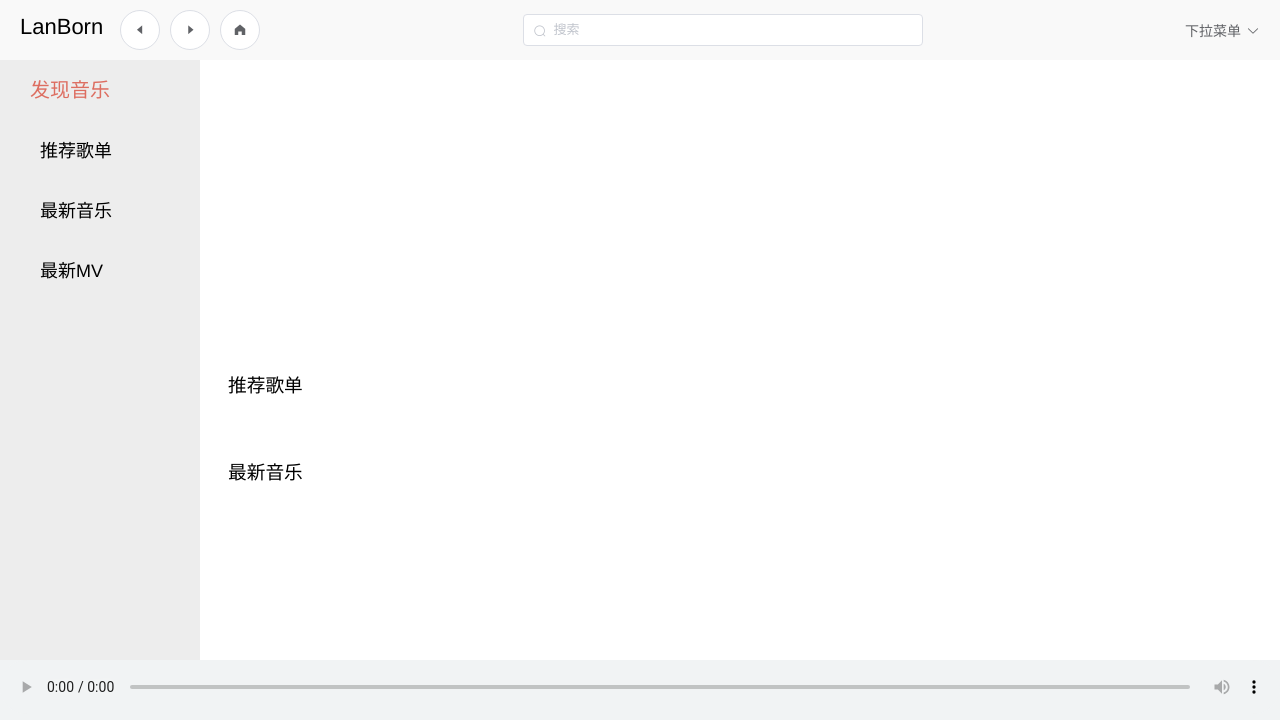
Repository: Lanborn/cloud_music
Page: /
The author's editor kept a copy of each file at every save. The page is drawn from the files as they stood at one save, then again after the next save.
The browser window is 1280 px wide. The pictures show the whole page.
The page's requests for data from a server got no answer. An inner scrolling area shows only its first screen. The project was rebuilt for these pictures with package versions that can differ from the ones it lists, and the page was loaded fresh each time. No one was signed in, and anything a server would have sent is missing. Also part of the build but not shown: vue.config.js, src/components/playlists.vue, src/components/songs.vue, src/components/mvs.vue, src/components/result.vue, src/components/playlist.vue, src/components/mv.vue.

Above is the page before, as saved 2021-12-11 19:25:50.

### src/views/top.vue
<template>
  <div class="top-container">
    <div class="left-box">
      <div class="icon-wrapper">
        <el-tooltip class="item" :enterable="false" effect="dark" content="去主页：lanborn.github.io/Vueprs/" placement="bottom">
          <!-- <img src="" alt=""> -->
          <a class="el-tooltip item" href="https://lanborn.github.io/Vueprs/">LanBorn</a>
        </el-tooltip>
      </div>
      <div style="margin-left:20px" class="history-wrapper">
        <el-button @click="backLast" icon="el-icon-caret-left" circle></el-button>
        <el-button @click="preForWard" icon="el-icon-caret-right" circle></el-button>
        <el-button @click="goHome" icon="el-icon-s-home" circle></el-button>
      </div>
    </div>
    <div class="center-box">
        <div class="el-input el-input--small el-input--prefix">
          <input
            type="text"
            autocomplete="on"
            placeholder="搜索"
            class="el-input__inner"
            @keyup.enter="toResult"
            v-model="inputValue"
          />
          <span class="el-input__prefix">
            <i class="el-input__icon el-icon-search"></i>
          </span>
          <ul class="list-group">
            <li v-for="(item,index) in songList" :key="index" class="list-group-item">
              <label for="songName">
                {{item.alias[0]}}
              </label>
            </li>
          </ul>
      </div>
    </div>
    <div class="right-box">
        <el-dropdown>
          <span class="el-dropdown-link">
            下拉菜单<i class="el-icon-arrow-down el-icon--right"></i>
          </span>
        </el-dropdown>
      </div>
  </div>
</template>

<script>
import axios from 'axios'
export default {
  name: 'top',
  data() {
    return {
      query: '',
      inputValue : '',
      songList : [],
      time : '',
    }
  },
  // 这个地方要实现跟百度搜索一样的功能
  // updated : {
  //   time : setTimeout(() => {
  //     axios({
  //       url : 'https://autumnfish.cn/search',
  //       withCredentials : true,
  //       methods : 'get',
  //       params : {
  //         keywords : this.inputValue,
  //         limit : 6
  //       }
  //     }).then(
  //       res => {
  //         clearContent();
  //         this.songList = res.data.result.songs
  //       }
  //     )
  //   }, 800)
  // },
  methods: {
    toResult(){
      if(!this.inputValue){
        this.$message.warning('请输入内容')
      }else{
        // 跳转到搜索页并携带数据进行跳转
        this.$router.push('/result?q='+this.inputValue)
      }
    },
    backLast(){
      this.$router.back()
    },
    preForWard(){
      this.$router.forward()
    },
    goHome(){
      this.$router.push({
        name:'discovery'
      })
    }
  },
}
</script>

<style scoped>
.top-container {
  padding: 0;
  padding-right: 20px;
  display: flex;
  justify-content: space-between;
  align-items: center;
}
.center-box {
  flex-basis: 400px;
}
.left-box {
  margin-left: 20px;
  position: relative;
  text-align: center;
  font-size: 22px;
  color: black;
}
.left-box a {
  position: absolute;
  top: 10%;
  font-size: 22px;
  color: black;
}

</style>

### src/views/index.vue
<template>
  <div class="index-container">
    <!-- 左侧导航区 -->
    <div class="nav">
      <ul>
        <li>
          <routerLink to="/discovery">
            <span class="iconfont icon-find-music">发现音乐</span>
          </routerLink>
        </li>
        <li>
          <router-link to="/playlists">
            <span class="iconfont icon-music-list"></span>
            推荐歌单
          </router-link>
        </li>
        <li>
          <router-link to="/songs">
            <span class="iconfont icon-music"></span>
            最新音乐
          </router-link>
        </li>
        <li>
          <router-link to="/mvs">
            <span class="iconfont icon-mv"></span>
            最新MV
          </router-link>
        </li>
      </ul>
    </div>
    <!-- 主体区域 -->
    <div class="main">
      <router-view></router-view>
    </div>
    <!-- 播放标签 -->
    <div class="player">
      <!-- autoplay 自动播放 -->
      <audio crossOrigin="anonymous" :src="musicUrl" controls autoplay></audio>
    </div>
  </div>
</template>

<script>

export default {
  name: 'index',
  data() {
    return {
      musicUrl:""
    };
  },
  methods: {
    getUrl(data){
      console.log(data)
      this.$nextTick(function () {
        this.musicUrl = data
      });
    }
  },
  mounted(){
    this.$bus.$on('getYy',this.getUrl)
  },
}
</script>

<style scoped>
  .index-container {
    display: flex;
  }

  .index-container .nav {
    background-color: #ededed;
    width: 200px;
    height: 100%;
  }

  .index-container .nav li {
    height: 60px;
    cursor: pointer;
    display: flex;
    align-items: center;
  }

  .index-container .nav li:hover {
    background-color: #e7e7e7;
  }

  .index-container .nav li .iconfont {
    margin-right: 10px;
    font-size: 20px;
  }

  .index-container .nav li a {
    color: black;
    padding-left: 30px;
    font-size: 18px;
    line-height: 60px;
    width: 100%;
    height: 100%;
  }

  .index-container .nav li a.router-link-active {
    color: #dd6d60;
  }

  .index-container .nav li a.router-link-active .iconfont {
    color: #dd6d60;
  }

  .index-container .main {
    flex: 1;
    overflow-y: scroll;
    padding: 10px 20px;
  }

  .index-container .main > div {
    max-width: 1100px;
    margin: 0 auto;
  }

  .index-container .player {
    background: #f1f3f4;
    height: 60px;
    position: fixed;
    bottom: 0;
    left: 0;
    width: 100%;
  }

  .index-container audio {
    width: 100%;
    border-radius: none;
    outline: none;
  }
</style>

### src/components/discovery.vue
<template>
  <div class="discovery-container">
    <!-- 轮播图 -->
    <el-carousel :interval="4000" type="card">
      <!-- 循环获取到的接口数据 -->
      <el-carousel-item v-for="(item, index) in banners" :key="index">
        <img :src="item.imageUrl" alt="" />
      </el-carousel-item>
    </el-carousel>
    <!-- 推荐歌单 -->
    <div class="recommend">
      <h3 class="title">
        推荐歌单
      </h3>
      <div class="items">
        <div class="item" v-for="(item, index) in list" :key="index" @click="toPlayList(item.id)">
          <router-link to="/playlist">
                  <div class="img-wrap">
                    <div class="desc-wrap">
                      <span class="desc">{{ item.copywriter }}</span>
                    </div>
                    <img :src="item.picUrl" alt="" />
                    <span class="iconfont icon-play"></span>
                    <router-link to="/playlist"></router-link>
                  </div>
          </router-link>
          <p class="name">{{ item.name }}</p>
        </div>
      </div>
    </div>
    <!-- 最新音乐 -->
    <div class="news">
      <h3 class="title">
        最新音乐
      </h3>
      <div class="items">
        <div class="item" v-for="(item, index) in songs" :key="index">
          <div class="img-wrap">
            <!-- 封面 -->
            <img :src="item.picUrl" alt="" />
            <span @click="playMusic(item.id)" class="iconfont icon-play"></span>
          </div>
          <div class="song-wrap">
            <!-- 歌名 -->
            <div class="song-name">{{ item.name }}</div>
            <!-- 歌手名 -->
            <div class="singer">{{ item.song.artists[0].name }}</div>
          </div>
        </div>
      </div>
    </div>
    <!-- 推荐MV -->
    <div class="mvs">
      <h3 class="title">推荐MV</h3>
      <div class="items">
        <div class="item" @click="toMV(item.id)" v-for="(item,index) in mvs" :key="index">
          <div class="img-wrap">
            <img :src="item.picUrl" alt="" />
            <span class="iconfont icon-play"></span>
            <div class="num-wrap">
              <div class="iconfont icon-play"></div>
              <!-- 播放次数 -->
              <div class="num">{{ item.playCount }}</div>
            </div>
          </div>
          <div class="info-wrap">
            <!-- mv名 -->
            <div class="name">{{ item.name }}</div>
            <!-- 歌手名 -->
            <div class="singer">{{ item.artistName }}</div>
          </div>
        </div>
      </div>
    </div>
  </div>
</template>

<script>
  // 导入 axios
  import axios from 'axios'
  export default {
    name: 'discovery',
    data() {
      return {
        // 轮播图
        banners: [],
        // 推荐歌单
        list: [],
        // 最新音乐
        songs: [],
        // 推荐mv
        mvs:[]
      }
    },
    created() {
      // console.log('created')
      // 轮播图接口
      axios({
        url: 'https://netease-cloud-music-api-blond-iota.vercel.app/banner',
        // withCredentials: true, //关键
        method: 'get'
      }).then(res => {
        // console.log(res)
        this.banners = res.data.banners
      })

      // 推荐歌单
      axios({
        url: 'https://netease-cloud-music-api-blond-iota.vercel.app/personalized',
        // url : '/personalized',
        withCredentials: true,
        method: 'get',
        params: {
          // 获取的数据量
          limit: 10
        }
      }).then(res => {
        // console.log('推荐歌单')
        // console.log(res)
        this.list = res.data.result
      })

      // 最新音乐
      axios({
        url: 'https://autumnfish.cn/personalized/newsong',
        params : {
          limit : 10
        },
        method: 'get'
      }).then(res => {
        // console.log(res)
        this.songs = res.data.result
      })

      // 最新mv
      axios({
        url: 'https://autumnfish.cn/personalized/mv',
        method: 'get'
      }).then(res => {
        // console.log(res)
        this.mvs = res.data.result
      })
    },
    methods: {
      playMusic(id) {
        // console.log(id)
        axios({
          // url : 'https://netease-cloud-music-api-blond-iota.vercel.app/song/url',
          url: '/song/url',
          // withCredentials: true, //关键
          method: 'get',
          params: {
            id
          }
        }).then(res => {
          console.log(res)
          // console.log(this.$parent)
          let url = res.data.data[0].url
          console.log(url)
          if(res.status !== 200){
            return this.$message.error('网络错误，获取歌曲失败！')
          }
          this.$bus.$emit('getYy', url);

          // this.$parent.musicUrl = url

        },err=>{
          console.log(err)
        })
      },
      toPlayList(id) {
        console.log(id)
        this.$router.push(`/playlist?q=${id}`)
      },
      toMV(id){
        console.log(id)
        this.$router.push(`/mv??q=${id}`)
      }
    }
  }
</script>

<style lang="less" scoped>
  .discovery-container .el-carousel__container {
    height: 230px;
  }

  .discovery-container .el-carousel__item img {
    width: 100%;
    height: 100%;
    border-radius: 10px;
  }

  .discovery-container .title {
    font-weight: normal;
    margin-bottom: 20px;
    padding-left: 8px;
  }

  .discovery-container .recommend {
    margin-bottom: 40px;
  }

  .discovery-container .recommend .items {
    display: flex;
    flex-wrap: wrap;
  }

  .discovery-container .recommend .items .item {
    width: 200px;
    margin: 10px;
    position: relative;
    overflow: hidden;
  }

  .discovery-container .recommend .items .item img {
    width: 200px;
    height: 200px;
    border-radius: 5px;
  }

  .discovery-container .recommend .items .item .desc-wrap {
    position: absolute;
    width: 100%;
    top: 0;
    left: 0;
    font-size: 16px;
    color: white;
    background: rgba(0, 0, 0, 0.5);
    max-height: 50px;
    padding: 5px;
    overflow: hidden;
    text-overflow: ellipsis;
    display: -webkit-box;
    -webkit-box-orient: vertical;
    -webkit-line-clamp: 2;
    top: -50px;
  }

  .discovery-container .recommend .items .item .desc-wrap span {
    font-size: 14px;
  }

  .discovery-container .recommend .items .item:hover .desc-wrap {
    top: 0;
  }

  .discovery-container .recommend .items .item .img-wrap {
    position: relative;
  }

  .discovery-container .recommend .items .item .img-wrap .icon-play {
    position: absolute;
    right: 10px;
    bottom: 13px;
    width: 40px;
    height: 40px;
    color: #dd6d60;
    font-size: 20px;
    border-radius: 50%;
    display: flex;
    align-items: center;
    justify-content: center;
    background: rgba(255, 255, 255, 0.8);
    opacity: 0;
  }

  .discovery-container .recommend .items .item .img-wrap .icon-play::before {
    transform: translateX(3px);
  }

  .discovery-container .recommend .items .item .img-wrap:hover .icon-play {
    opacity: 1;
  }

  .discovery-container .recommend .items .item .name {
    overflow: hidden;
    text-overflow: ellipsis;
    display: -webkit-box;
    -webkit-box-orient: vertical;
    -webkit-line-clamp: 1;
    font-size: 14px;
  }

  .discovery-container .news {
    margin-bottom: 40px;
  }

  .discovery-container .news .items {
    height: 500px;
    display: flex;
    flex-direction: column;
    flex-wrap: wrap;
    padding-left: 15px;
  }

  .discovery-container .news .items .item {
    height: 100px;
    width: 50%;
    display: flex;
    align-items: center;
  }

  .discovery-container .news .items .item:hover {
    background-color: #f5f5f5;
  }

  .discovery-container .news .items .item .index {
    margin-right: 15px;
    font-size: 15px;
  }

  .discovery-container .news .items .item .img-wrap {
    position: relative;
    display: flex;
    align-items: center;
    justify-content: center;
    cursor: pointer;
  }

  .discovery-container .news .items .item .img-wrap img {
    width: 80px;
    height: 80px;
  }

  .discovery-container .news .items .item .img-wrap .iconfont {
    position: absolute;
    top: 50%;
    left: 50%;
    transform: translate(-50%, -50%);
    width: 30px;
    height: 30px;
    color: #dd6d60;
    text-align: center;
    line-height: 30px;
    border-radius: 50%;
    font-size: 14px;
    background: rgba(255, 255, 255, 0.8);
    opacity: 0;
  }

  .discovery-container .news .items .item .img-wrap .iconfont::before {
    transform: translateX(3px);
  }

  .discovery-container .news .items .item .img-wrap:hover .iconfont {
    opacity: 1;
  }

  .discovery-container .news .items .item .song-wrap {
    display: flex;
    flex-direction: column;
    justify-content: space-around;
    height: 100%;
    padding: 10px;
    font-size: 16px;
  }

  .discovery-container .news .items .item .song-wrap .singer {
    font-size: 14px;
    color: gray;
  }

  .discovery-container .mvs .items {
    display: flex;
    justify-content: space-around;
  }

  .discovery-container .mvs .items .item {
    width: 250px;
    cursor: pointer;
  }

  .discovery-container .mvs .items .item .img-wrap {
    width: 100%;
    position: relative;
  }

  .discovery-container .mvs .items .item .img-wrap > .icon-play {
    position: absolute;
    top: 50%;
    left: 50%;
    transform: translate(-50%, -50%);
    width: 40px;
    height: 40px;
    color: #dd6d60;
    font-size: 20px;
    border-radius: 50%;
    display: flex;
    align-items: center;
    justify-content: center;
    background: rgba(255, 255, 255, 0.8);
    opacity: 0;
  }

  .discovery-container .mvs .items .item .img-wrap > .icon-play::before {
    transform: translateX(3px);
  }

  .discovery-container .mvs .items .item .img-wrap:hover > .icon-play {
    opacity: 1;
  }

  .discovery-container .mvs .items .item .img-wrap img {
    width: 100%;
    border-radius: 5px;
  }

  .discovery-container .mvs .items .item .img-wrap .num-wrap {
    position: absolute;
    color: white;
    top: 0;
    right: 0;
    display: flex;
    align-content: center;
    font-size: 15px;
    padding-right: 5px;
    padding-top: 2px;
  }

  .discovery-container .mvs .items .item .img-wrap .num-wrap .icon-play {
    font-size: 12px;
    display: flex;
    align-items: center;
    margin-right: 5px;
  }

  .discovery-container .mvs .items .item .info-wrap .name {
    font-size: 15px;
    margin-bottom: 5px;
  }

  .discovery-container .mvs .items .item .info-wrap .singer {
    font-size: 14px;
    color: #c5c5c5;
  }
</style>

Loaded but not shown: public/index.html (common file); src/main.js (common file); src/App.vue (common file); src/router/index.js (63 lines, source omitted); src/assets/index.css (1393 lines, source omitted)

After the next save:
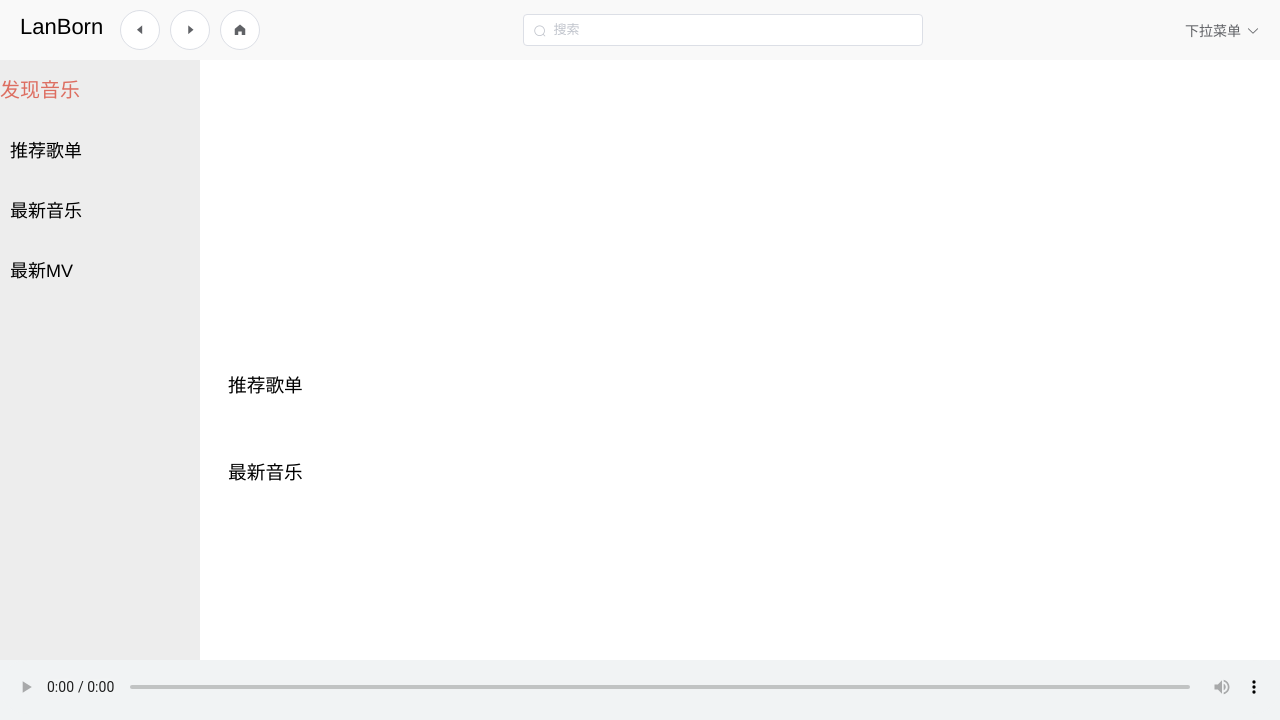
Saved 9 s later.
--- a/src/views/index.vue
+++ b/src/views/index.vue
@@ -92,7 +92,7 @@
 
   .index-container .nav li a {
     color: black;
-    padding-left: 30px;
+    /* padding-left: 30px; */
     font-size: 18px;
     line-height: 60px;
     width: 100%;

After the save that followed:
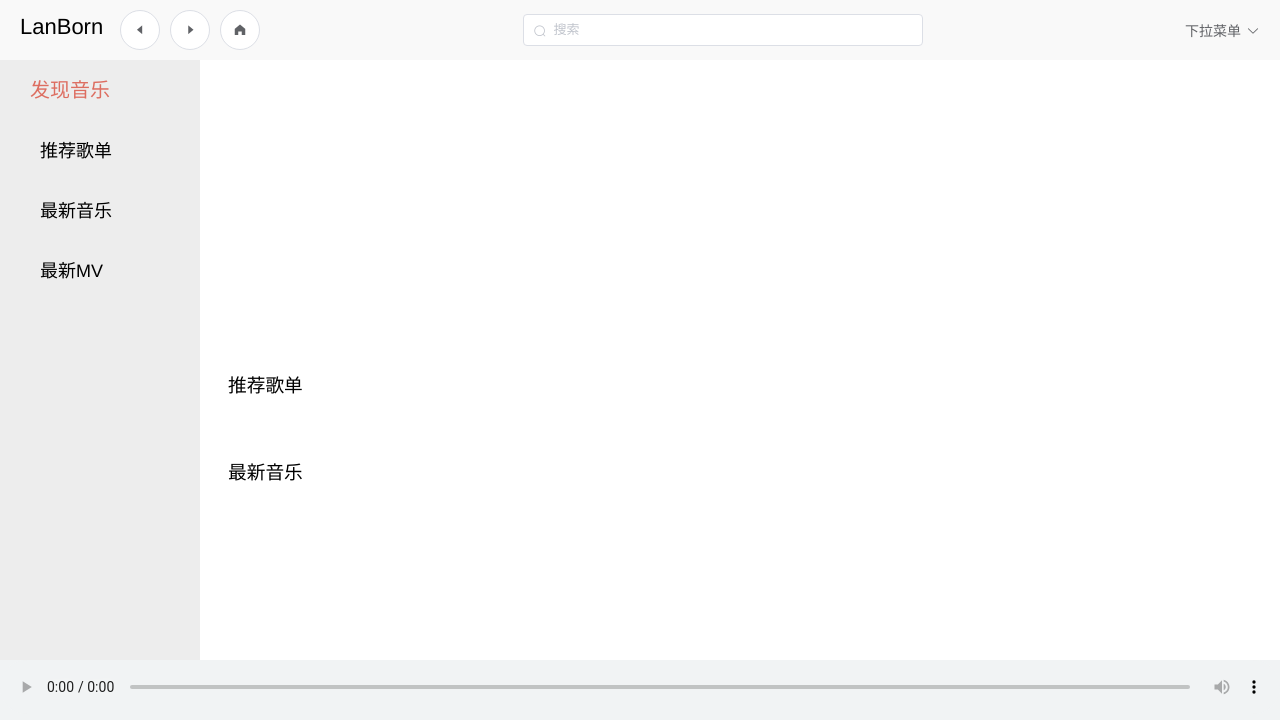
Saved 4 s later.
--- a/src/views/index.vue
+++ b/src/views/index.vue
@@ -92,7 +92,7 @@
 
   .index-container .nav li a {
     color: black;
-    /* padding-left: 30px; */
+    padding-left: 30px;
     font-size: 18px;
     line-height: 60px;
     width: 100%;
